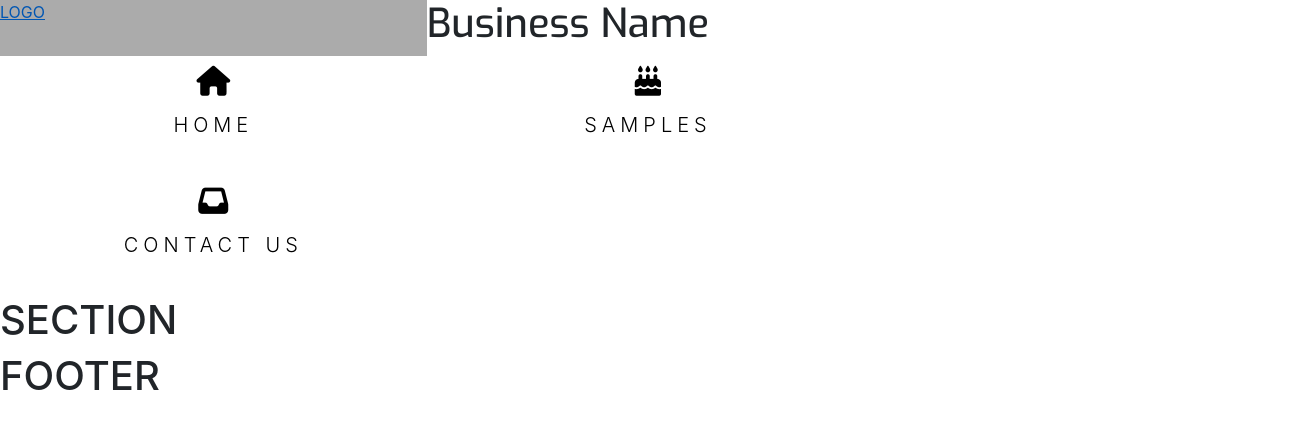
Repository: seanjcarley/Milestone1
Page: index.html
The author's editor kept a record of every edit. The page is drawn from the files as they stood at one moment, then again after the next edit.
The browser window is 1280 px wide. The page is 1295 px wide, so the pictures cover 1295 px, including what lies to the right of the window. The pictures show the whole page.
Some web libraries are served in a nearby version.

Above is the page before.

After the next edit:
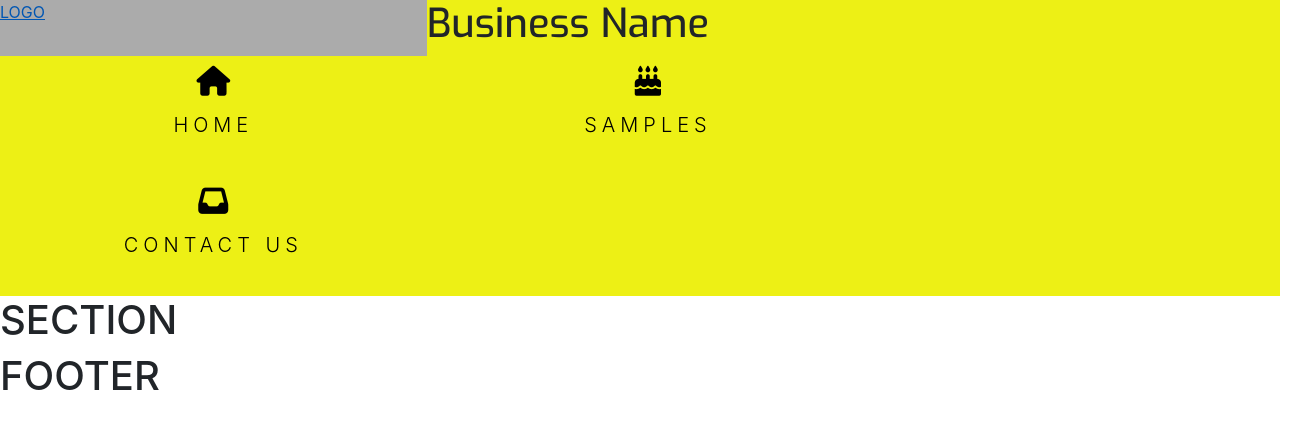
The edit:
--- a/css/style.css
+++ b/css/style.css
@@ -12,6 +12,7 @@
 
 header {
     margin: 0;
+    background-color: #edf015;
 }
 
 /*.list-inline-item:not(:last-child) {
